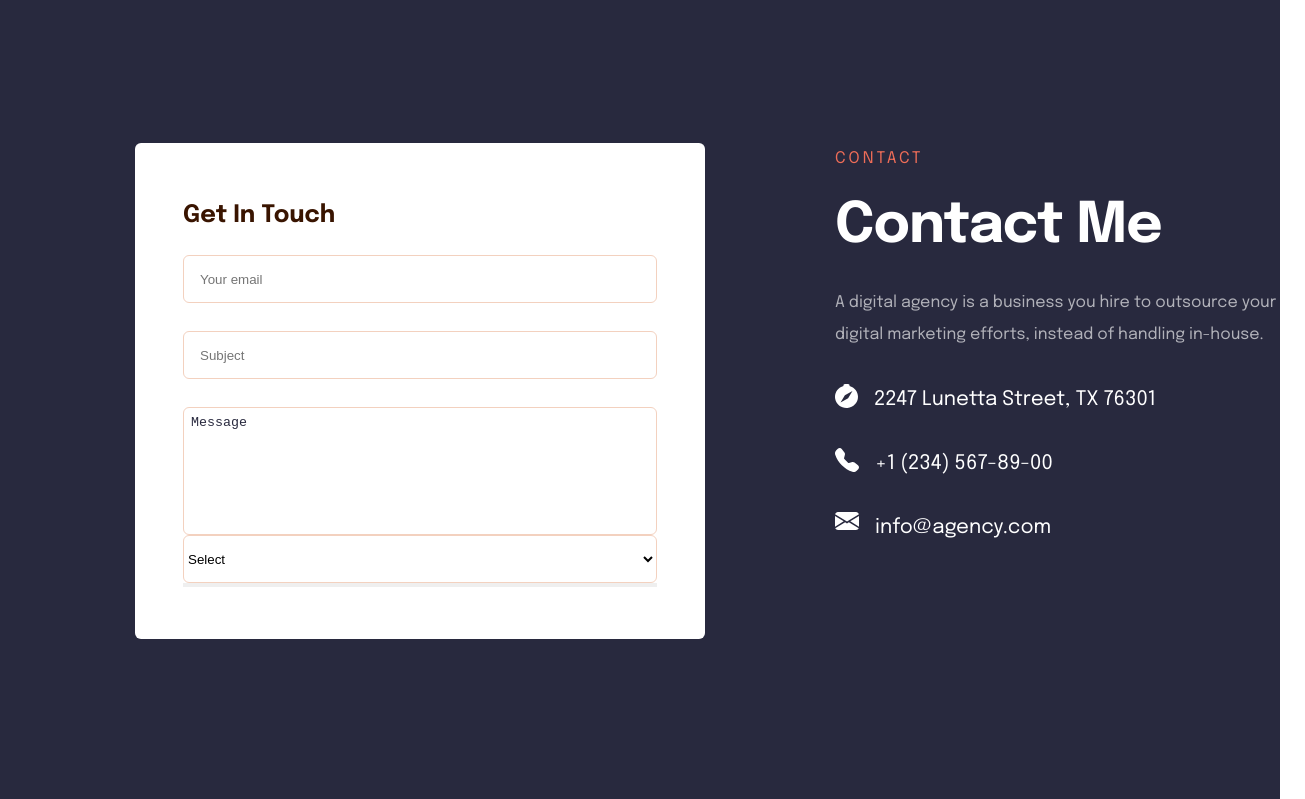
Repository: FaridRustamov09/task20
Page: index.html
The author's editor kept a copy of each file at every save. The page is drawn from the files as they stood at one save, then again after a run of saves.
The browser window is 1280 px wide. The page is 1305 px wide, so the pictures cover 1305 px, including what lies to the right of the window. The pictures show the whole page.

Above is the page before, as saved 2024-01-13 14:43:53.

After the next 2 saves:
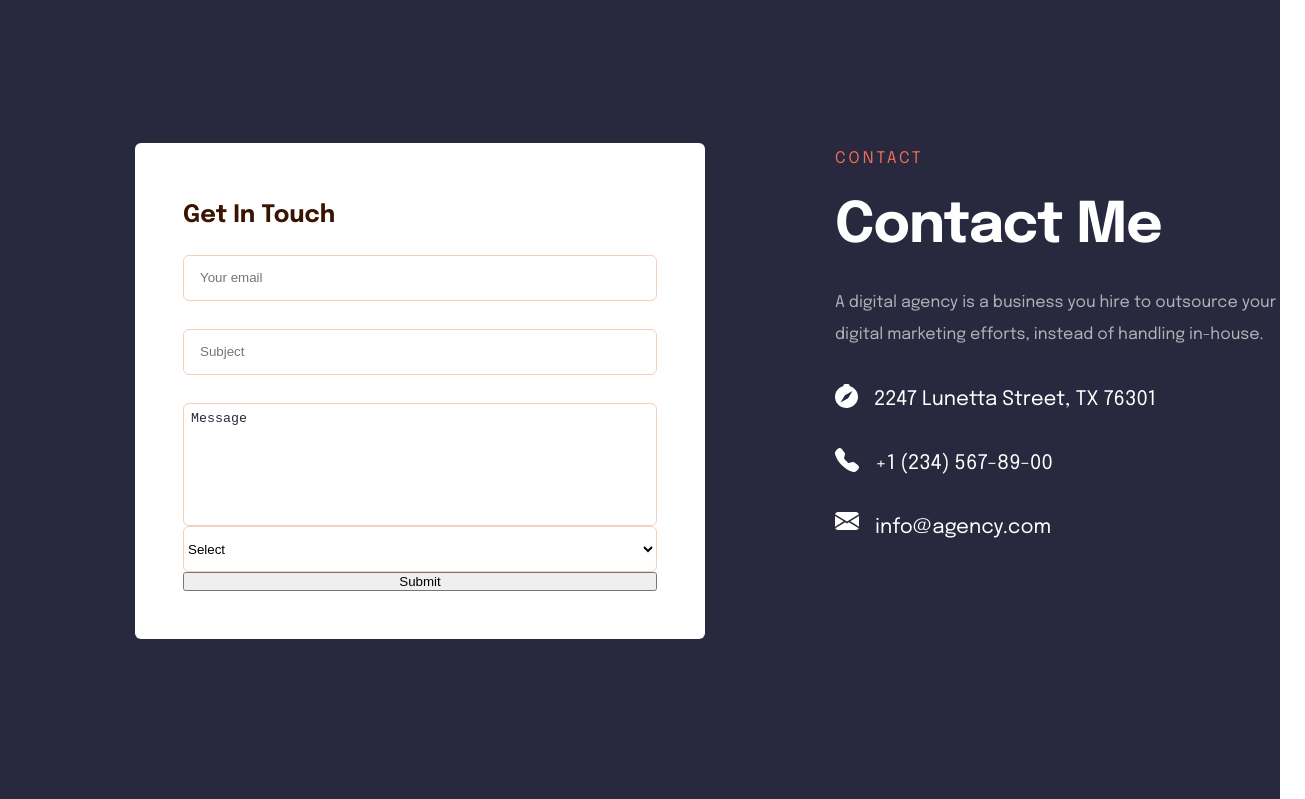
The 2 saves are shown as one change because they came seconds apart.
The last was saved 5 s later.
--- a/index.html
+++ b/index.html
@@ -24,7 +24,7 @@
           <option value="">A</option>
           <option value="">A</option>
         </select>
-        <button></button>
+        <button>Submit</button>
       </div>
       <div class="left-box">
         <h2>Contact</h2>
